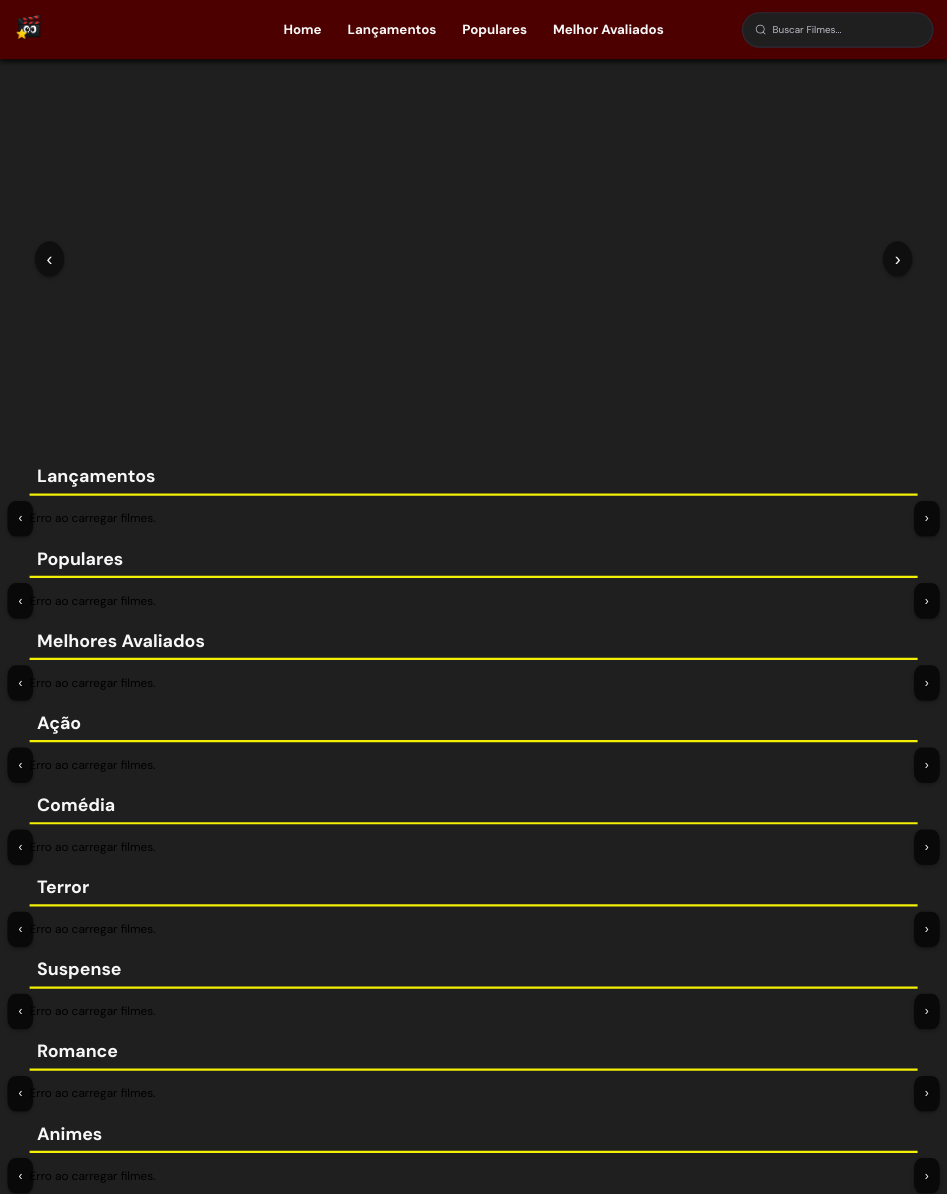
Repository: juanpablitozito/stat-viewer
Page: index.html
These files come from the project's save history. The page is drawn as it stood at one moment and after the next save; the edit follows.
The browser window is 1280 px wide. The pictures show the whole page, at 74% of full size.
The page's requests for data from a server got no answer.

Above is the page before, as saved 2025-10-01 21:17:52.

### index.html
<!DOCTYPE html>
<html lang="pt-br">
<head>
    <meta charset="UTF-8">
    <meta name="viewport" content="width=device-width, initial-scale=1.0">
    <link rel="shortcut icon" href="/assets/img/logo_stat.ico" type="image/x-icon">
    <title>Stat Viewer</title>
    <link rel="stylesheet" href="src/styles/style.css">
    <link rel="preconnect" href="https://fonts.googleapis.com">
    <link rel="preconnect" href="https://fonts.gstatic.com" crossorigin>
    <link href="https://fonts.googleapis.com/css2?family=DM+Sans:ital,opsz,wght@0,9..40,100..1000;1,9..40,100..1000&display=swap" rel="stylesheet">
    <script src="https://cdn.jsdelivr.net/npm/sweetalert2@11"></script>
</head>
<body>

    <header>
        <section class="nav-bar">

            <nav id="home">

                <a href="/src/pages/login.html"><img src="assets/img/logo_stat.ico" alt="logo" ></a>

                <ul>

                    <li><a href="#home">Home</a></li>
                    <li><a href="#lançamentos">Lançamentos</a></li>
                    <li><a href="#populares">Populares</a></li>
                    <li><a href="#melhoravaliados">Melhor Avaliados</a></li>
                </ul>

                <div class="search-container">
                  <div class="group">
                    <svg viewBox="0 0 24 24" aria-hidden="true" class="search-icon">
                      <g>
                        <path
                          d="M21.53 20.47l-3.66-3.66C19.195 15.24 20 13.214 20 11c0-4.97-4.03-9-9-9s-9 4.03-9 9 4.03 9 9 9c2.215 0 4.24-.804 5.808-2.13l3.66 3.66c.147.146.34.22.53.22s.385-.073.53-.22c.295-.293.295-.767.002-1.06zM3.5 11c0-4.135 3.365-7.5 7.5-7.5s7.5 3.365 7.5 7.5-3.365 7.5-7.5 7.5-7.5-3.365-7.5-7.5z"
                        ></path>
                      </g>
                    </svg>
                    <input
                      id="query"
                      class="input"
                      type="search"
                      placeholder="Buscar Filmes..."
                      name="searchbar"

                    />
                  </div>
                </div>

                <!-- Overlay para resultados da busca -->
                <div id="searchResultsOverlay" class="search-overlay hidden">
                  <div id="searchResults" class="search-results"></div>
                </div>
            </nav>

        </section>

    </header>
    <main>

      <section >
        <div class="carrossel">
          <div class="slides" id="slides">

          </div>

          <button class="btn anterior" onclick="voltarSlide()">‹</button>
          <button class="btn proximo" onclick="avancarSlide()">›</button>
        </div>
      </section>

      <section id="lançamentos">
        <h2>Lançamentos</h2>
        <div class="movie-section">
          <button class="prev-launches">‹</button>
          <div id="launches" class="movie-row"></div>
          <button class="next-launches">›</button>
        </div>
      </section>

      <section id="populares">
        <h2>Populares</h2>
        <div class="movie-section">
          <button class="prev-popular">‹</button>
          <div id="popular" class="movie-row"></div>
          <button class="next-popular">›</button>
        </div>
      </section>

      <section id="melhoravaliados">
        <h2>Melhores Avaliados</h2>
        <div class="movie-section">
          <button class="prev-topRated">‹</button>
          <div id="topRated" class="movie-row"></div>
          <button class="next-topRated">›</button>
        </div>
      </section>

      <section>
        <h2>Ação</h2>
        <div class="movie-section">
          <button class="prev-acao">‹</button>
          <div id="acao" class="movie-row"></div>
          <button class="next-acao">›</button>
        </div>
      </section>

      <section>
        <h2>Comédia</h2>
        <div class="movie-section">
          <button class="prev-comedia">‹</button>
          <div id="comedia" class="movie-row"></div>
          <button class="next-comedia">›</button>
        </div>
      </section>

      <section>
        <h2>Terror</h2>
        <div class="movie-section">
          <button class="prev-terror">‹</button>
          <div id="terror" class="movie-row"></div>
          <button class="next-terror">›</button>
        </div>
      </section>

      <section>
        <h2>Suspense</h2>
        <div class="movie-section">
          <button class="prev-suspense">‹</button>
          <div id="suspense" class="movie-row"></div>
          <button class="next-suspense">›</button>
        </div>
      </section>

      <section>
        <h2>Romance</h2>
        <div class="movie-section">
          <button class="prev-romance">‹</button>
          <div id="romance" class="movie-row"></div>
          <button class="next-romance">›</button>
        </div>
      </section>

      <section>
        <h2>Animes</h2>
        <div class="movie-section">
          <button class="prev-anime">‹</button>
          <div id="anime" class="movie-row"></div>
          <button class="next-anime">›</button>
        </div>
      </section>



    </main>

      <footer class="footer">

      </footer>

      <!-- Caixa de avaliaçao -->
      <div id="movieModal" class="modal hidden">
        <div class="modal-container">
        <div class="modal-image" id="modalBgImage"></div>
        <div class="modal-content">
          <span id="closeModal" class="close-button">&times;</span>

          <div class="modal-header">
            <h2 id="modalTitle"></h2>
            <p id="modalRating"></p>
            <p id="modalRelease"></p>
          </div>

          <hr>

          <div class="sinopse">

            <h5> Sinopse:</h5>

            <p id="modalOverview"></p>

          </div>

            <hr>


          <div id="modalTrailer">
            <!-- O trailer será inserido aqui via JavaScript -->
          </div>
        </div>
      </div>
    </div>



    <script src="src/js/script.js"></script>
</body>
</html>

### src/styles/style.css
/* Definindo o comportamento básico para todos os elementos */

:root{
  --cor-primaria: #1f1f1f;

  --accent-color: #a8a8a8;
  --highlight-color: #f7f7f7;
  --button-color: #fffb04f1;
  --button-hover-color: #fffb04bb;
  --segunda-cor: rgb(77, 0, 0);
  --text-color: #f7f7f7;
  --sombra: rgba(0, 0, 0, 1) 0px 2px 8px;
  --transition: all 0.3s ease;
  ;
}
* {
  box-sizing: border-box;  /* Inclui padding e bordas no tamanho total do elemento */
  scroll-behavior: smooth;  /* Aplica rolagem suave para a página */
  margin: 0;  /* Remove a margem padrão de todos os elementos */
  padding: 0;  /* Remove o padding padrão de todos os elementos */
}

/* Estilo para o corpo da página */
body {
  background-color: var(--cor-primaria);  /* Cor de fundo escura */
  font-family: DM Sans, sans-serif;  /* Fonte utilizada para o texto */
}

/* Estilo para a barra de navegação */
nav {
  position: fixed;
  z-index: 10001;
  width: 100%;
  top: 0;
  height: 80px;  /* Altura automática */
  background-color: var(--segunda-cor);  /* Cor de fundo da barra de navegação */
  display: flex;  /* Usando flexbox para organizar os itens */
  justify-content: space-between;  /* Espaça os itens entre si */
  align-items: center;  /* Alinha os itens verticalmente */
  padding: 5px 20px;  /* Espaçamento interno */
  box-shadow: var(--sombra);
}

/* Estilo para a lista de links de navegação */
ul {
  display: flex;  /* Exibe os itens da lista em linha */
  flex-direction: row;  /* Alinha os itens na horizontal */
  position: absolute;  /* Posição absoluta para centralizar */
  left: 50%;  /* Centraliza a lista */
  transform: translateX(-50%);  /* Ajusta a posição para exatamente o centro */
  list-style: none;  /* Remove os marcadores da lista */
  gap: 35px;  /* Espaço entre os itens */
}

/* Estilo dos links de navegação */
a {
  color: #f7f7f7;  /* Cor do texto do link */
  text-decoration: none;  /* Remove o sublinhado */
  font-size: 18px;  /* Tamanho da fonte */
  font-weight: bold;  /* Deixa o texto em negrito */
}

/* Efeito de hover nos links */
a:hover {
  color: #a8a8a8;  /* Cor ao passar o mouse */
  transition: 0.5s ease;  /* Transição suave */
}

/* Estilo para o logo na barra de navegação */
nav img {
  width: 3vw;  /* Largura do logo em relação à largura da tela */
}

/* Estilo para a barra de pesquisa */
.group {
  display: flex;  /* Exibe os elementos da barra de pesquisa em linha */
  line-height: 28px;  /* Alinha o texto verticalmente */
  align-items: center;  /* Alinha os itens verticalmente */
  position: relative;  /* Posição relativa para o ícone de pesquisa */
}

/* Estilo do campo de input da pesquisa */
.input {
  font-family: "DM Sans", sans-serif;  /* Fonte do campo de pesquisa */
  width: 20vw;
  height: 45px;  /* Altura do campo */
  padding-left: 2.5rem;  /* Espaçamento interno à esquerda */
  box-shadow: 0 0 0 1.5px #2b2c37, 0 0 25px -17px #000;  /* Sombra */
  border: 0;  /* Remove a borda */
  border-radius: 30px;  /* Bordas arredondadas */
  background-color: var(--cor-primaria);  /* Cor de fundo */
  outline: none;  /* Remove o contorno padrão */
  color: #bdbecb;  /* Cor do texto */
  transition: all 0.25s cubic-bezier(0.19, 1, 0.22, 1);  /* Transição suave */
  cursor: text;  /* Aponta o cursor de texto */
  z-index: 0;  /* Define a camada do elemento */
}

/* Estilo para o texto do placeholder */
.input::placeholder {
  color: #bdbecb;  /* Cor do placeholder */
}

/* Efeito de hover no campo de input */
.input:hover {
  box-shadow: 0 0 0 2.5px #2f303d, 0px 0px 25px -15px #000;  /* Sombra maior */
}

/* Efeito quando o campo é clicado */
.input:active {
  transform: scale(0.95);  /* Reduz o tamanho ao ser clicado */
}

/* Efeito quando o campo de input está em foco */
.input:focus {
  box-shadow: 0 0 0 2.5px #2f303d;  /* Aplica sombra ao focar */
}

/* Estilo para o ícone de pesquisa */
.search-icon {
  position: absolute;  /* Posição absoluta dentro do campo de pesquisa */
  left: 1rem;  /* Alinhamento à esquerda */
  fill: #bdbecb;  /* Cor do ícone */
  width: 1rem;  /* Largura do ícone */
  height: 1rem;  /* Altura do ícone */
  pointer-events: none;  /* Não interage com o ícone */
  z-index: 1;  /* Define a camada do ícone */
}

/* Estilo do carrossel de filmes */
.carrossel {
  position: relative;  /* Posição relativa */
  width: 95vw;  /* Largura do carrossel */
  height: 600px;  /* Altura do carrossel */
  margin: 100px auto 20px;  /* Margem automática para centralizar */
  overflow: hidden;  /* Oculta qualquer conteúdo fora da área visível */
  border-radius: 10px;  /* Bordas arredondadas */
  box-shadow: 0 4px 10px var(--sombra);  /* Sombra para o carrossel */
}

/* Estilo para os slides dentro do carrossel */
.slides {
  display: flex;  /* Exibe os slides em linha */
  transition: transform 1.5s ease-in-out;  /* Transição suave para mover os slides */
  height: 100%;  /* Altura do slide é igual à do carrossel */
}

/* Estilo para as imagens dos slides */
.slides img {
  width: 100%;  /* Largura total do slide */
  height: 100%;  /* Altura total do slide */
  flex-shrink: 0;  /* Impede o encolhimento da imagem */
}

/* Estilo dos botões de navegação do carrossel */
.btn {
  position: absolute;  /* Posição absoluta dentro do carrossel */
  top: 50%;  /* Centraliza verticalmente */
  transform: translateY(-50%);  /* Ajusta o alinhamento vertical */
  background: rgba(0, 0, 0, 0.5);  /* Cor de fundo com transparência */
  color: white;  /* Cor do texto */
  border: none;  /* Remove a borda */
  padding: 10px 16px;  /* Espaçamento interno */
  font-size: 24px;  /* Tamanho da fonte */
  cursor: pointer;  /* Cursor de ponteiro para indicar que é clicável */
  border-radius: 50%;  /* Botões arredondados */
}

/* Estilo para o botão anterior */
.btn.anterior {
  left: 15px;  /* Posição à esquerda */
}

/* Estilo para o botão próximo */
.btn.proximo {
  right: 15px;  /* Posição à direita */
}

/* Efeito de hover nos botões */
.btn:hover {
  background: rgba(0, 0, 0, 0.7);  /* Altera a cor do fundo ao passar o mouse */
}

/* Estilo para o catálogo de filmes */
h1 {
  text-align: center;  /* Centraliza o texto */
  padding: 10px 20px;  /* Espaçamento interno */
  margin: 10px;  /* Margem externa */
  color: #f7f7f7;  /* Cor do texto */
}

/* Estilo para o subtítulo do catálogo */
h2 {
      padding: 8px 10px;
    margin: 20px 40px;
    color: #f7f7f7;
    border-bottom: 3px solid var(--button-color);
  color: #f7f7f7;  /* Cor do texto */
}

/* Estilo para os cards de filmes */
.movie-section {
  display: flex;  /* Exibe os filmes em linha */
  align-items: center;  /* Alinha verticalmente */
  position: relative;  /* Define contexto para os botões */
}

/* Estilo para a linha de filmes */
.movie-row {
  display: flex;  /* Exibe os filmes em linha */
  overflow-x: hidden;  /* Oculta a barra de rolagem horizontal */
  scroll-behavior: smooth;  /* Rolagem suave */
  position: relative;  /* Define contexto para os botões */
  margin: 0 40px;  /* Margem externa */
}

/* Estilo para cada card de filme */
.card-movie {
  width: 200px;  /* Largura do card */
  height: 350px;  /* Altura do card */
  border-radius: 8px;  /* Bordas arredondadas */
  overflow: hidden;  /* Oculta qualquer conteúdo fora do card */
  text-align: center;  /* Centraliza o texto */
  padding: 10px;  /* Espaçamento interno */
  flex: 0 0 auto;  /* Impede o encolhimento do card */
  display: flex;  /* Exibe o conteúdo do card em flex */
  flex-direction: column;  /* Alinha o conteúdo do card na vertical */
  justify-content: space-between;  /* Espaço entre os elementos do card */
}

/* Estilo para as imagens dentro do card */
.card-movie img {
  width: 100%;  /* Largura total da imagem */
  height: 300px;  /* Altura da imagem */
  border-radius: 8px;  /* Bordas arredondadas */
  object-fit: cover;  /* Preenche o espaço do card com a imagem */
  object-position: center;  /* Centraliza a imagem */
  cursor: pointer;
  box-shadow: var(--sombra)
}

.card-movie img:hover {
  transform: scale(1.10);
  transition: var(--transition);
  box-shadow: 0 4px 20px var(--sombra);
}
.card-movie h3 {
  display: none;
}

/* Estilo para os botões de navegação */
section button {
  background-color: rgba(0, 0, 0, 0.5);  /* Cor de fundo semitransparente */
  color: white;  /* Cor do texto */
  border: none;  /* Remove as bordas padrão */
  padding: 10px 20px;  /* Espaçamento interno */
  font-size: 16px;  /* Tamanho da fonte */
  cursor: pointer;  /* Cursor de ponteiro */
  transition: background-color 0.3s ease;  /* Transição suave para a cor de fundo */
  position: absolute;  /* Posição absoluta dentro do carrossel */
  top: 50%;  /* Centraliza verticalmente */
  transform: translateY(-50%);  /* Ajusta o alinhamento vertical */
  z-index: 10;  /* Garante que o botão fique acima do conteúdo */
  background-color: rgba(0, 0, 0, 0.7);  /* Fundo com maior transparência */
  padding: 15px;  /* Aumenta o tamanho dos botões */
  border-radius: 30%;  /* Botões arredondados */
  box-shadow: 0 2px 5px rgba(0, 0, 0, 0.3);  /* Sombra nos botões */
}

/* Efeito de hover nos botões */
section button:hover {
  background-color: rgba(0, 0, 0, 0.9);  /* Altera a cor do fundo ao passar o mouse */
}

/* Estilos específicos para os carrosséis de filmes */
#launches, #popular, #topRated, #acao, #comedia, #terror, #suspense, #romance, #anime {
  position: relative;  /* Posição relativa para os botões */
}

/* Estilo para o botão de "Anterior" nos filmes */
.prev-launches, .prev-popular, .prev-topRated, .prev-acao, .prev-comedia, .prev-terror, .prev-suspense, .prev-romance, .prev-anime {
  left: 10px;  /* Posição à esquerda */
}

/* Estilo para o botão de "Próximo" nos filmes */
.next-launches, .next-popular, .next-topRated, .next-acao, .next-comedia, .next-terror, .next-suspense, .next-romance, .next-anime {
  right: 10px;  /* Posição à direita */
}

.modal {
  position: fixed;
  inset: 0;
  background-color: rgba(0, 0, 0, 0.85);
  display: flex;
  align-items: center;
  justify-content: center;
  z-index: 9999;
}

hr{
  margin: 20px 0;
}

.modal-container {
  display: flex;
  width: 90%;
  max-width: 900px;
  height: 500px;
  background-color: #1f1f1f;
  border-radius: 8px;
  overflow: hidden;
  color: white;
}

.modal-image {
  flex: 0 0 35%;
  background-size: cover;
  background-position: center;
  background-repeat: no-repeat;
  min-height: 100%;
}

#modalTitle{
  padding: 0;
  margin: 0;
}

#modalRating{
  position: absolute;
  top: 35px;
  right: 100px;
}

.btn-trailer{
  padding: 10px 20px;
  background-color: orange;
  border: 1px solid white;
  border-radius: 1px;
}

.btn-trailer:hover{
  background-color: rgb(187, 124, 6);
  border: 1px solid white;
  cursor: pointer;
}

h5{
  font-size: 18px;
  margin: 0;
  padding: 0;
}

.sinopse{
  margin: 20px 0;
}

#modalOverview{
  font-family:'Montserrat', sans-serif;
  color: #a8a8a8;
  width: 100%;
  margin: 0;
}

.modal-content {
  background-color: #1f1f1f;
  padding: 30px;
  border-radius: 10px;
  max-width: 800px;
  max-height: 800px;
  height: 100%;
  width: 100%;
  color: #f7f7f7;
  position: relative;
}

.close-button {
  position: absolute;
  top: 10px;
  right: 15px;
  font-size: 22px;
  cursor: pointer;
}

.hidden {
  display: none;
}

/* Caixa de Pesquisa */

.search-overlay {
  position: fixed;
  top: 70px;
  left: 0;
  right: 0;
  bottom: 0;
  background-color: rgba(0, 0, 0, 0.95);
  z-index: 999;
  overflow-y: auto;
  padding: 20px;
}

.search-results {
  display: flex;
  flex-wrap: wrap;
  gap: 20px;
}

.hidden {
  display: none;
}

.meu-popup {
  background: #1f1f1f;
  border-radius: 20px;
  box-shadow: 10px 10px  100px rgba(255, 0, 0, 0.589);
}

.meu-titulo {
  font-family: 'Poppins', sans-serif;
  color: #fff;
  border: none;
}

.meu-botao {
  background-color: var(--segunda-cor);
  color: var(--text-color);

  transition: var(--transition);
  border-radius: 10px;
  padding: 8px 20px;
border: none;
}

.meu-botao:hover {
  background-color: #4d000080;
  color: var(--text-color);
  transform: translate(1.05);

}

/* Responsividade*/

@media (max-width: 767px) {
  /* Ajustes na barra de navegação */
  nav {
    flex-direction: column;
    padding: 10px;
    height: auto;
  }

  nav img {
    width: 40px;
    margin-bottom: 10px;
  }

  ul {
    position: static;
    transform: none;
    flex-wrap: wrap;
    justify-content: center;
    gap: 15px;
    margin-top: 10px;
    margin-bottom: 10px;
  }

  .search-container {
    width: 100%;
    margin-top: 10px;
  }

  .input {
    width: 100%;
  }

  /* Ajustes no carrossel */
  .carrossel {
    height: 200px;
    margin: 70px auto 20px;
  }

  /* Ajustes nas seções de filmes */
  h2 {
    padding: 10px 20px;
    font-size: 1.2rem;
  }

  .movie-section {
    margin: 0;
  }

  .movie-row {
    margin: 0 15px;
    scroll-padding: 0 15px;
  }

  .card-movie {
    width: 150px;
    height: 250px;
  }

  .card-movie img {
    height: 200px;
  }

  section button {
    padding: 8px;
    font-size: 12px;
  }

  /* Modal */
  .modal-container {
    flex-direction: column;
    height: auto;
    max-height: 90vh;
    overflow-y: auto;
  }

  .modal-image {
    flex: 0 0 200px;
    min-height: 200px;
  }

  .modal-content {
    padding: 15px;
  }

  /* Overlay de busca */
  .search-overlay {
    top: 150px;
  }

  .search-results {
    justify-content: center;
  }
}

/* Telas médias (tablets, 768px a 1023px) */
@media (min-width: 768px) and (max-width: 1023px) {
  /* Ajustes na barra de navegação */
  nav {
    padding: 10px 15px;
  }

  nav img {
    width: 30px;
  }

  ul {
    gap: 20px;
  }

  .input {
    width: 25vw;
  }

  /* Ajustes no carrossel */
  .carrossel {
    height: 400px;
    margin: 80px auto 30px;
  }

  /* Ajustes nas seções de filmes */
  h2 {
    padding: 15px 30px;
  }

  .movie-row {
    margin: 0 30px;
  }

  .card-movie {
    width: 180px;
    height: 300px;
  }

  .card-movie img {
    height: 250px;
  }

  /* Modal */
  .modal-container {
    height: 70vh;
  }

  .modal-image {
    flex: 0 0 30%;
  }
}

/* Telas grandes (notebooks e desktops, 1024px a 1439px) */
@media (min-width: 1024px) and (max-width: 1439px) {
  /* Ajustes no carrossel */
  .carrossel {
    height: 500px;
  }

  /* Ajustes nas seções de filmes */
  .card-movie {
    width: 190px;
    height: 320px;
  }

  .card-movie img {
    height: 270px;
  }
}

Loaded but not shown: src/js/script.js (488 lines, source omitted)

After the next save:
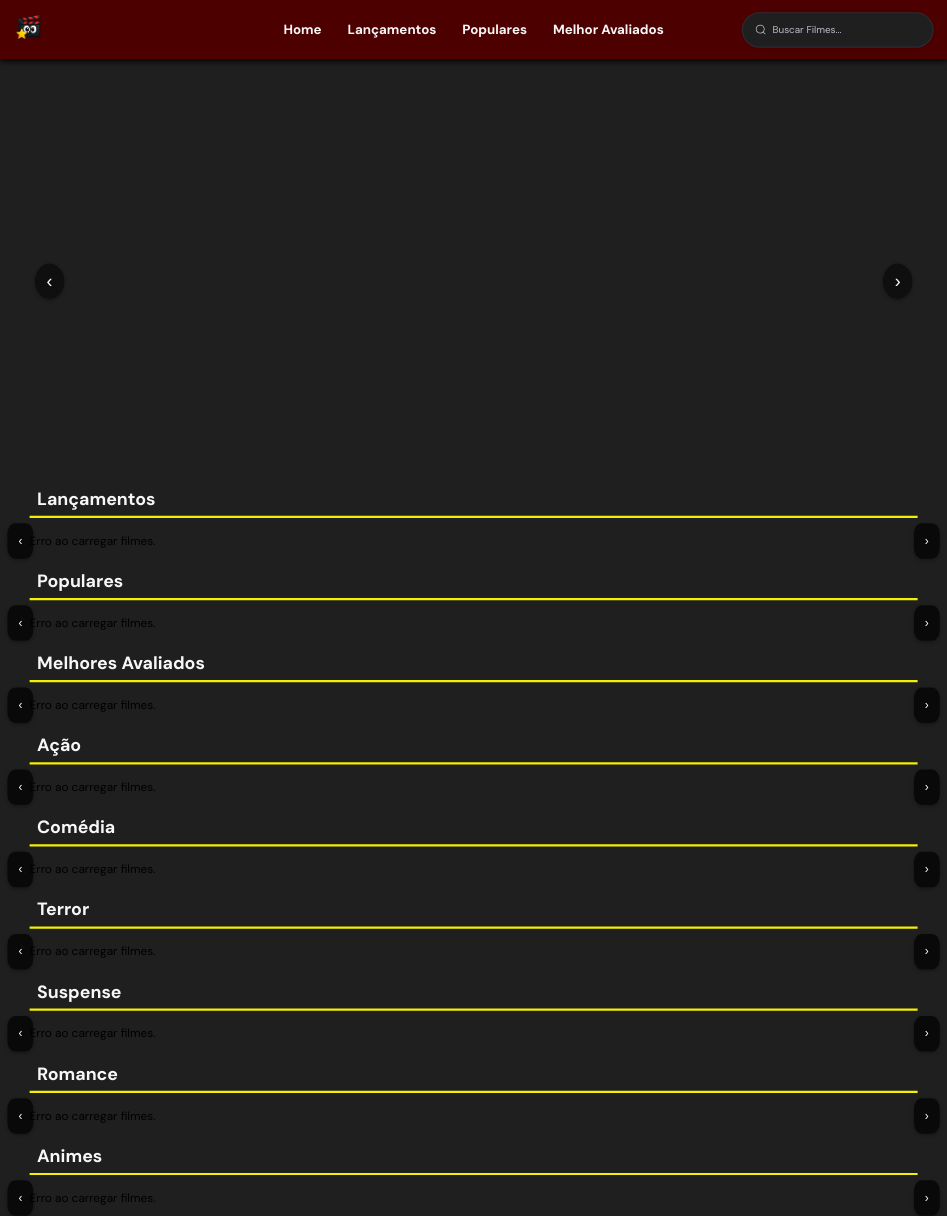
Saved 5 s later.
--- a/src/styles/style.css
+++ b/src/styles/style.css
@@ -132,7 +132,7 @@ nav img {
   position: relative;  /* Posição relativa */
   width: 95vw;  /* Largura do carrossel */
   height: 600px;  /* Altura do carrossel */
-  margin: 100px auto 20px;  /* Margem automática para centralizar */
+  margin: 130px auto 20px;  /* Margem automática para centralizar */
   overflow: hidden;  /* Oculta qualquer conteúdo fora da área visível */
   border-radius: 10px;  /* Bordas arredondadas */
   box-shadow: 0 4px 10px var(--sombra);  /* Sombra para o carrossel */
